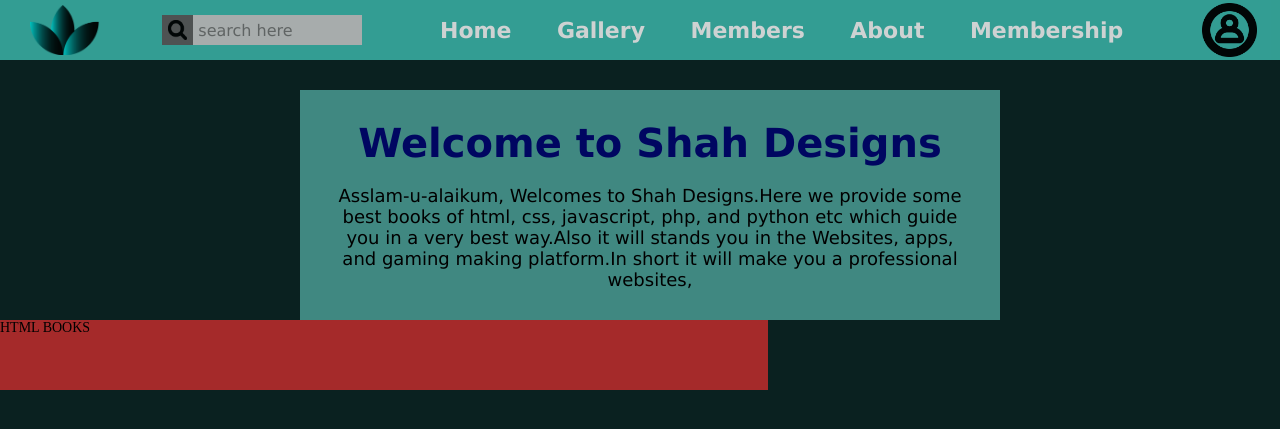
Repository: RawahaMR11/my_assignments
Page: rawaha computer/Shah Designs web/Shah home page.html
An editor plug-in stored every save of this project. The page is shown before and after the next save, followed by the edit.
The browser window is 1280 px wide. The pictures show the whole page.

Above is the page before, as saved 2024-12-13 08:19:45.

After the next save:
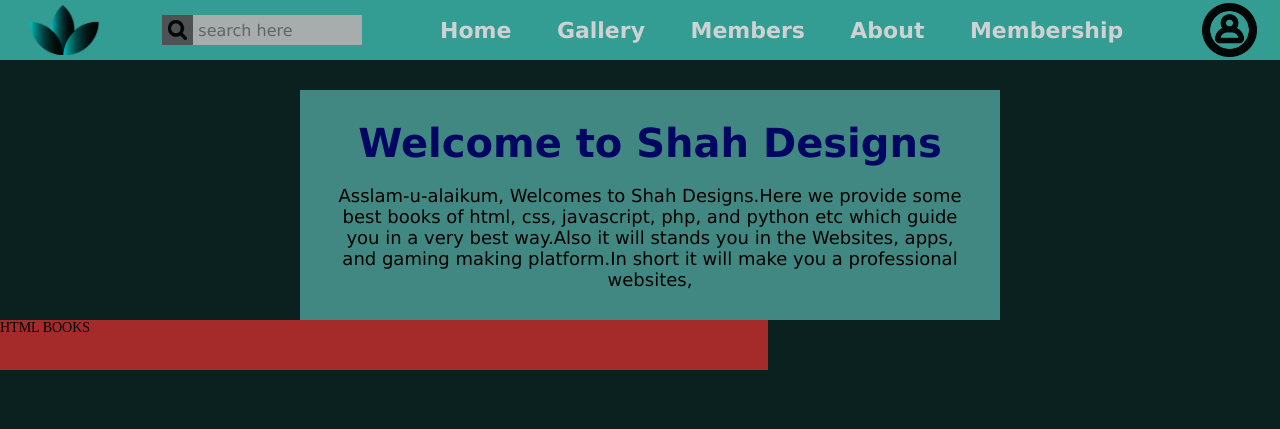
Saved 11 s later.
--- a/rawaha computer/Shah Designs web/Shah home page.css
+++ b/rawaha computer/Shah Designs web/Shah home page.css
@@ -184,7 +184,7 @@ header {
       font-family: Verdana, Geneva, Tahoma, sans-serif;
 }
 .html-books {
-      height: 70px;
+      height: 50px;
       width: 60%;
       background-color: brown;
 }
